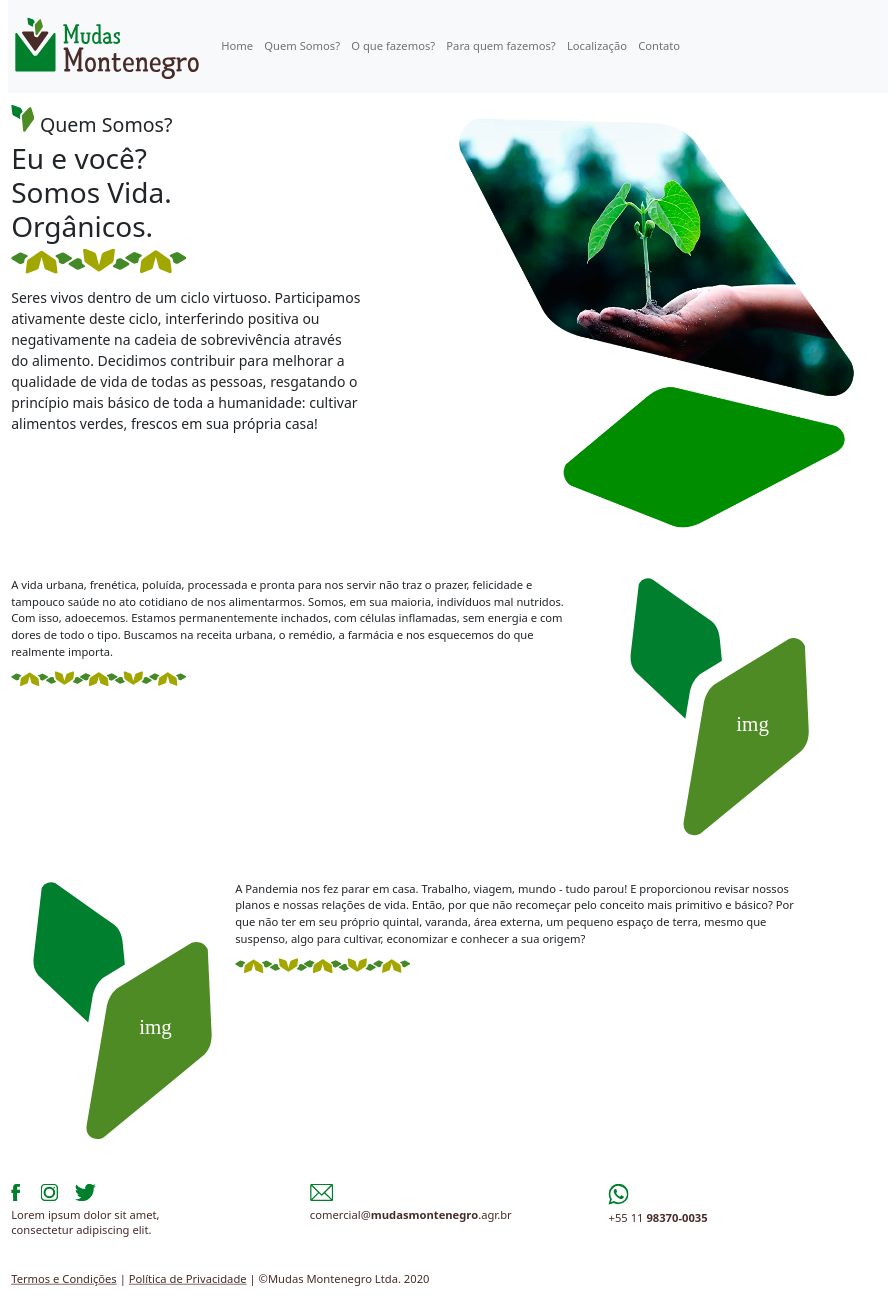
Repository: MaKnok/mudas-montenegro
Page: quem-somos.html
These files come from the project's save history. The page is drawn as it stood at one moment and after the next save; the edit follows.
The browser window is 1280 px wide. The pictures show the whole page, at 70% of full size.
Some web libraries are served in a nearby version.

Above is the page before, as saved 2021-06-17 12:13:14.

After the next save:
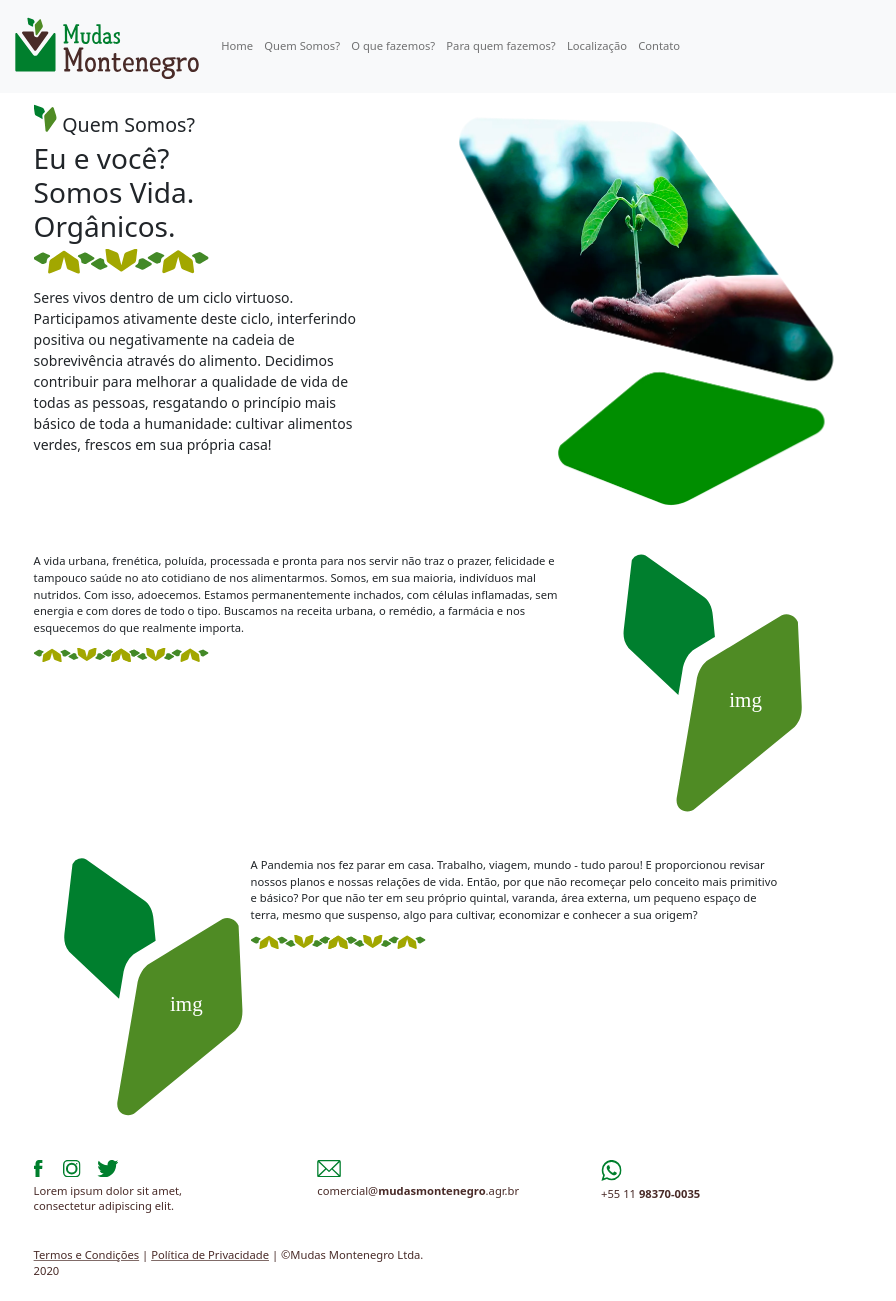
Saved 109 s later.
--- a/quem-somos.html
+++ b/quem-somos.html
@@ -13,21 +13,18 @@
 
 <body>
 
+<!-- Navigation -->
+<nav class="navbar navbar-expand-md navbar-light bg-light sticky-top">
 
-<!--- Intro -->
+  <div class="container-fluid">
 
-<div class="container-fluid">
+    <a class="navbar-brand logo" href="index.html"><img src="img/logo_mudas_mont.svg" alt="Mudas Montenegro"></a>
 
-    <!-- Navigation -->
-    <nav class="navbar navbar-expand-md navbar-light bg-light sticky-top">
+    <button class="navbar-toggler" type="button" data-toggle="collapse" data-target="#navbarResponsive">
+        <span class="navbar-toggler-icon"></span>
+    </button>
 
-      <a class="navbar-brand logo" href="index.html"><img src="img/logo_mudas_mont.svg" alt="Mudas Montenegro"></a>
-
-      <button class="navbar-toggler" type="button" data-toggle="collapse" data-target="#navbarResponsive">
-          <span class="navbar-toggler-icon"></span>
-      </button>
-
-      <div class="collapse navbar-collapse" id="navbarResponsive">
+    <div class="collapse navbar-collapse" id="navbarResponsive">
        <ul class="navbar-nav ml-auto">
             <li class="nav-item active">
               <a class="nav-link" href="index.html">Home</a>
@@ -48,9 +45,17 @@
               <a class="nav-link" href="contato.html">Contato</a>
             </li>
         </ul>
-      </div>
+    </div>
 
-    </nav>
+  </div>
+
+</nav>
+
+<!--- Intro -->
+
+<div class="wrapper">
+
+  <div class="container-fluid">
 
     <div class="row jumbotron section-top">
 
@@ -84,40 +89,59 @@
 
     </div>
 
-    <div class="row content">
+  </div>
 
-      <div class="col-xs-12 col-sm-12 col-md-7 col-lg-7 col-xl-8">
+
+  <div class="container-fluid padding">
+
+  <div class="row content">
+
+    <div class="col-xs-12 col-sm-12 col-md-7 col-lg-7 col-xl-8">
+      <p>
+      A vida urbana, frenética, poluída, processada e pronta para nos servir não traz o prazer, felicidade e tampouco saúde no ato cotidiano de nos alimentarmos. Somos, em sua maioria, indivíduos mal nutridos.  Com isso, adoecemos. Estamos permanentemente inchados, com células inflamadas, sem energia e com dores de todo o tipo.
+      Buscamos na receita urbana, o remédio, a farmácia e nos esquecemos do que realmente importa.
+      </p>
+      <img src="img/leaves_section_longer.svg" class="leaves-home">
+    </div>
+
+    <div class="col-xs-12 col-sm-12 col-md-4 col-lg-4 col-xl-3">
+      <img src="img/img_temp.svg" class="float-left" alt="Vida urbana">
+    </div>
+
+  </div>
+
+
+
+
+  <div class="container-fluid padding">
+
+  <div class="row content pandemia">
+
+    <div class="col-xs-12 col-sm-12 col-md-4 col-lg-4 col-xl-3 content-1">
+        <img src="img/img_temp.svg" class="float-right" alt="Relações de Vida">
+    </div>
+
+    <div class="col-xs-12 col-sm-12 col-md-7 col-lg-7 col-xl-8 content-2">
         <p>
-        A vida urbana, frenética, poluída, processada e pronta para nos servir não traz o prazer, felicidade e tampouco saúde no ato cotidiano de nos alimentarmos. Somos, em sua maioria, indivíduos mal nutridos.  Com isso, adoecemos. Estamos permanentemente inchados, com células inflamadas, sem energia e com dores de todo o tipo.
-        Buscamos na receita urbana, o remédio, a farmácia e nos esquecemos do que realmente importa.
+        A Pandemia nos fez parar em casa. Trabalho, viagem, mundo - tudo parou!
+        E proporcionou revisar nossos planos e nossas relações de vida. Então, por que não recomeçar pelo conceito mais primitivo e básico? Por que não ter em seu próprio quintal, varanda, área externa, um pequeno espaço de terra, mesmo que suspenso, algo para cultivar, economizar e conhecer a sua origem?
         </p>
         <img src="img/leaves_section_longer.svg" class="leaves-home">
-      </div>
-
-      <div class="col-xs-12 col-sm-12 col-md-4 col-lg-4 col-xl-3">
-        <img src="img/img_temp.svg" class="float-left" alt="Vida urbana">
-      </div>
-
     </div>
 
-    <div class="row content pandemia">
+  </div>
 
-      <div class="col-xs-12 col-sm-12 col-md-4 col-lg-4 col-xl-3 content-1">
-          <img src="img/img_temp.svg" class="float-right" alt="Relações de Vida">
-      </div>
+  </div>
 
-      <div class="col-xs-12 col-sm-12 col-md-7 col-lg-7 col-xl-8 content-2">
-          <p>
-          A Pandemia nos fez parar em casa. Trabalho, viagem, mundo - tudo parou!
-          E proporcionou revisar nossos planos e nossas relações de vida. Então, por que não recomeçar pelo conceito mais primitivo e básico? Por que não ter em seu próprio quintal, varanda, área externa, um pequeno espaço de terra, mesmo que suspenso, algo para cultivar, economizar e conhecer a sua origem?
-          </p>
-          <img src="img/leaves_section_longer.svg" class="leaves-home">
-      </div>
+</div>
 
-    </div>
 
-    <!--- Footer -->
-    <footer>
+
+
+<!--- Footer -->
+<footer>
+
+  <div class="container-fluid padding">
 
     <div class="row text-left">
 
@@ -154,9 +178,9 @@
         </div>
     </div>
 
-    </footer>
+  </div>
 
-
+</footer>
 
 </div>
 
